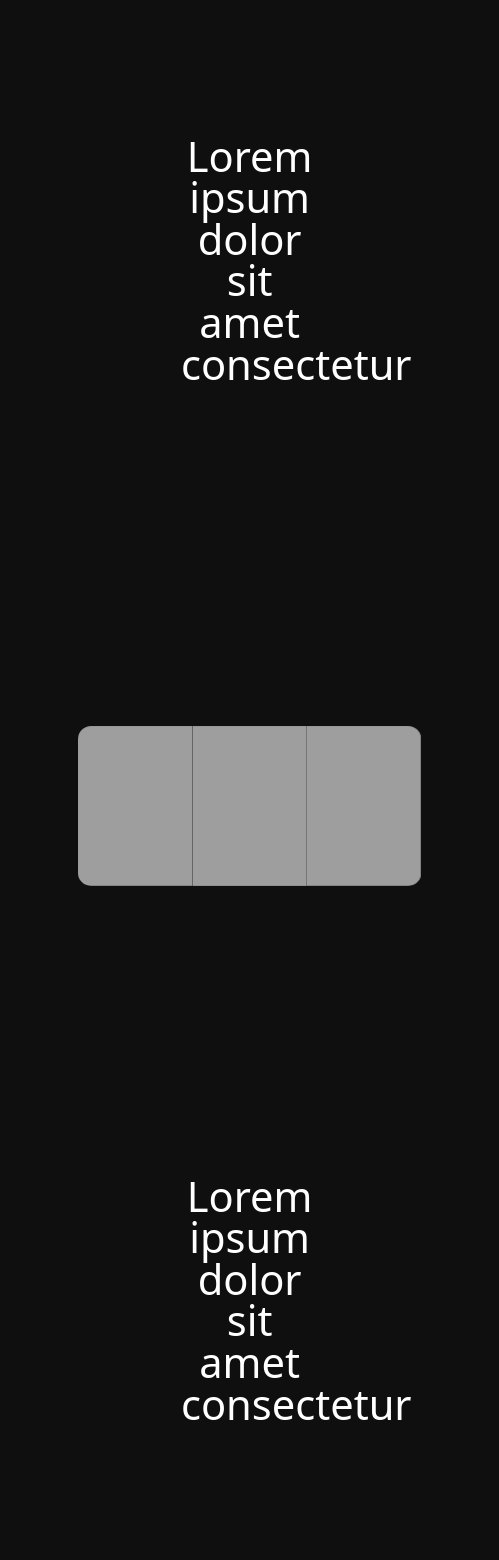
Repository: Ajeyinka/Split-card
Page: index.html
The author's editor kept a copy of each file at every save. The page is drawn from the files as they stood at one save, then again after the next save.
The browser window is 768 px wide. The pictures show the whole page, at 65% of full size.
Pictures or frames that could not be fetched are drawn as grey boxes.

Above is the page before, as saved 2026-02-12 21:39:06.

After the next save:
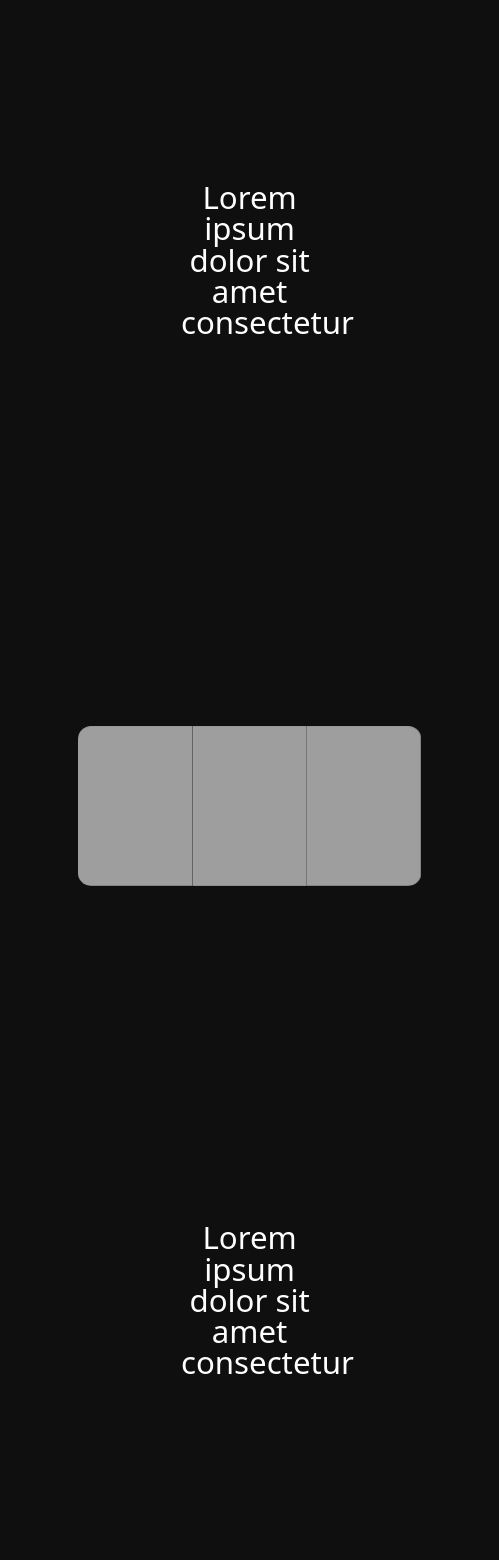
Saved 12 s later.
--- a/styles.css
+++ b/styles.css
@@ -135,4 +135,7 @@ section {
 }
 
 @media (max-width: 1000px) {
+  h1 {
+    font-size: 3rem;
+  }
 }
